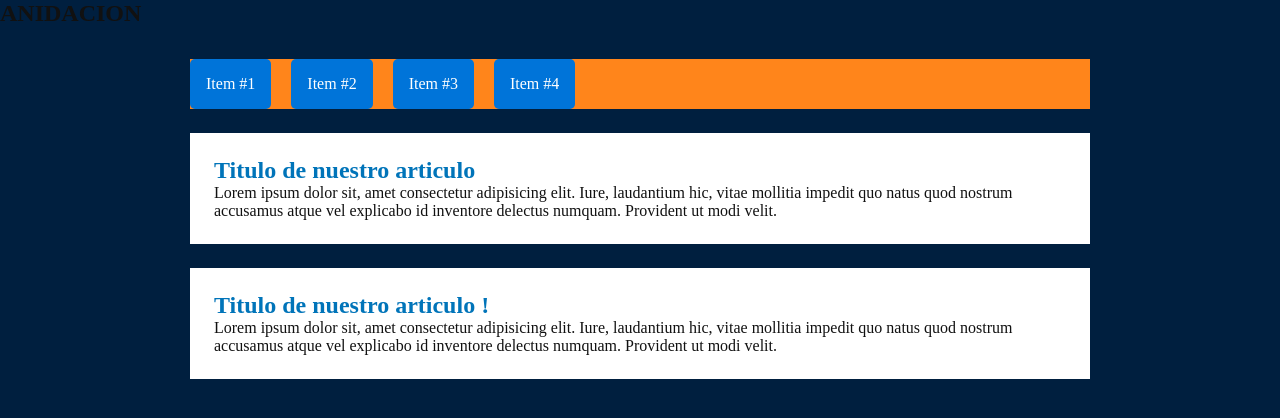
Repository: Alan966/Sass-desde-cero
Page: claseThree/index.html
These files come from the project's save history. The page is drawn as it stood at one moment and after the next save; the edit follows.
The browser window is 1280 px wide. The pictures show the whole page.
The style sheet was rebuilt from its Sass, Less or Tailwind sources for each picture, by a compiler version that may differ from the author's.

Above is the page before, as saved 2022-09-07 12:39:40.

After the next save:
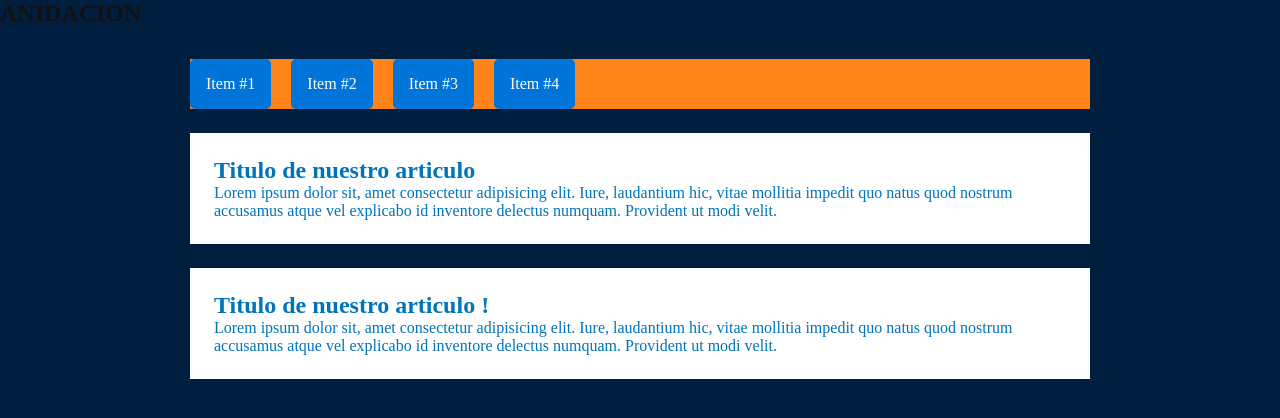
Saved 35 s later.
--- a/claseThree/main.sass
+++ b/claseThree/main.sass
@@ -44,11 +44,14 @@
 
 // Section .Main
 
-.main article
-    padding: 1.5em
-    background: #FFF
-    margin-bottom: 1.5em
-    border-shadow: 5px 5px 2px #000
+.main
+    article
+        padding: 1.5em
+        background: #FFF
+        margin-bottom: 1.5em
+        border-shadow: 5px 5px 2px #000
 
-.main article h2
-    color: #0074b9
+.main
+    article
+        h2
+        color: #0074b9

After the save that followed:
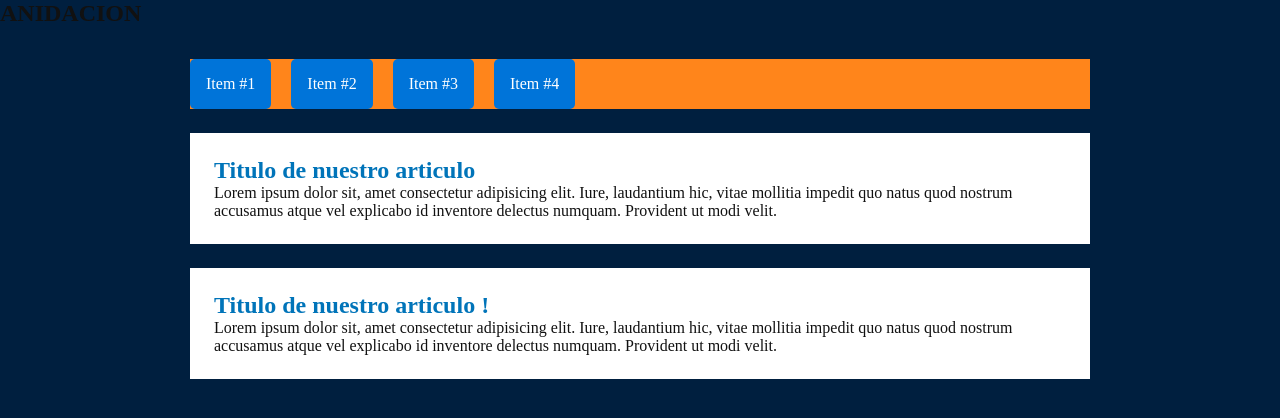
Saved 11 s later.
--- a/claseThree/main.sass
+++ b/claseThree/main.sass
@@ -54,4 +54,4 @@
 .main
     article
         h2
-        color: #0074b9
+            color: #0074b9
